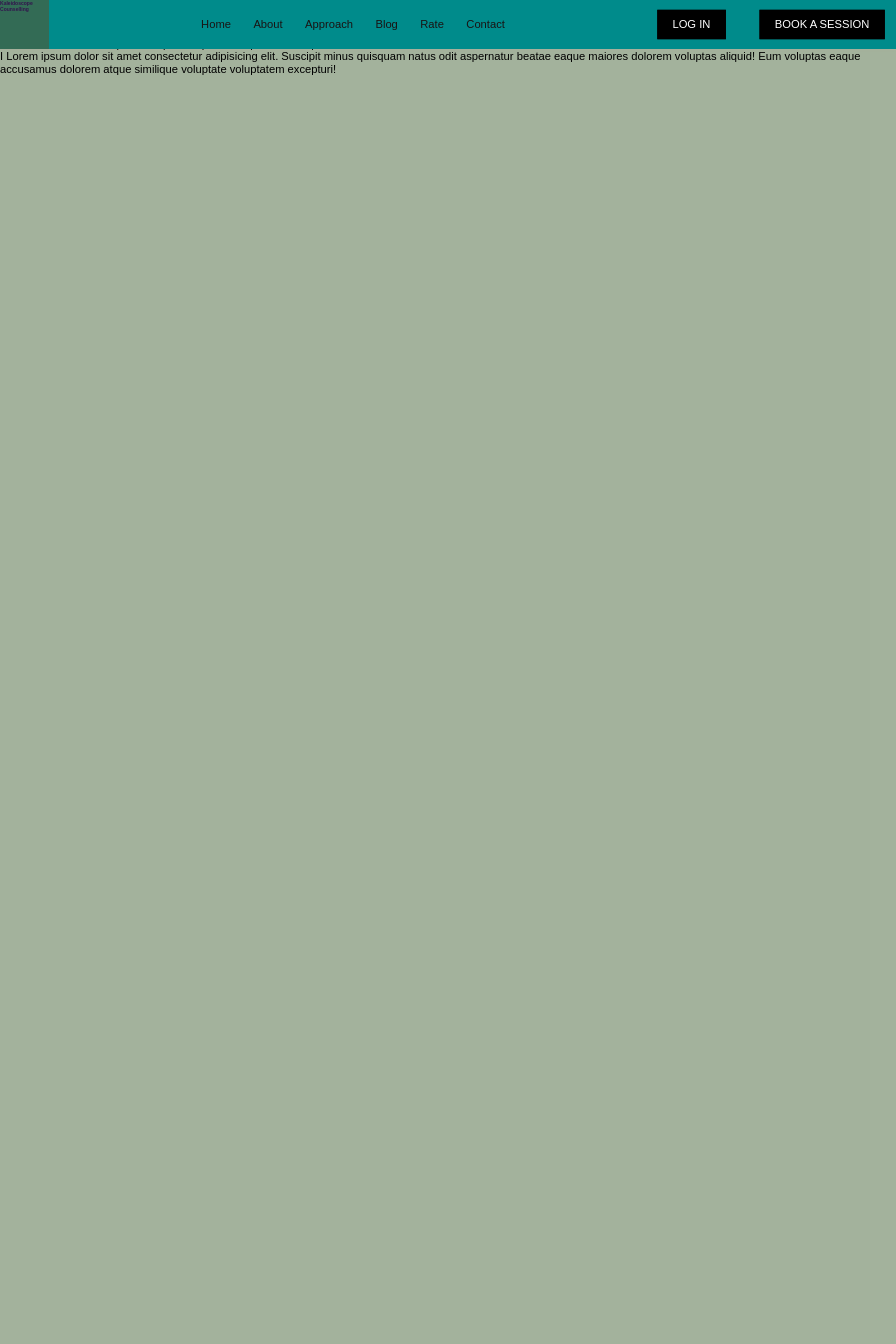
Repository: voutadi/ava-website
Page: index.html
The author's editor kept a copy of each file at every save. The page is drawn from the files as they stood at one save, then again after a run of saves.
The browser window is 1280 px wide. The pictures show the part of the page from y = 0 to 1920 px (the page is 3000 px tall), at 70% of full size.

Above is the page before, as saved 2024-11-24 22:45:15.

### index.html
<!DOCTYPE html>
<html lang="en">
  <head>
    <meta charset="UTF-8" />
    <meta name="viewport" content="width=device-width, initial-scale=1.0" />
    <link rel="stylesheet" href="styles/style.css" />

    <title>Kaleidoscope Counselling</title>
  </head>
  <body>
    <div class="header">
      <div class="logo-container">
        <div class="logo">
          Kaleidoscope <br />
          Counselling
        </div>
      </div>
      <div class="navbar">
        <ul>
          <li><a href="#home">Home</a></li>
          <li>
            <a
              href="https://www.psychologytoday.com/ca/therapists/ava-outadi-port-moody-bc/1111563"
              target="_blank"
              >About</a
            >
          </li>
          <li><a href="#approach">Approach</a></li>
          <li><a href="#blog">Blog</a></li>
          <li><a href="#rate">Rate</a></li>
          <li><a href="#contact">Contact</a></li>
        </ul>
      </div>
      <div class="appointment">
        <button class="login">LOG IN</button>
        <button class="book-session">BOOK A SESSION</button>
      </div>
    </div>

    <p>
      I Lorem ipsum dolor sit amet consectetur adipisicing elit. Suscipit minus
      quisquam natus odit aspernatur beatae eaque maiores dolorem voluptas
      aliquid! Eum voluptas eaque accusamus dolorem atque similique voluptate
      voluptatem excepturi!
    </p>
    <p>
      I Lorem ipsum dolor sit amet consectetur adipisicing elit. Suscipit minus
      quisquam natus odit aspernatur beatae eaque maiores dolorem voluptas
      aliquid! Eum voluptas eaque accusamus dolorem atque similique voluptate
      voluptatem excepturi!
    </p>
    <p>
      I Lorem ipsum dolor sit amet consectetur adipisicing elit. Suscipit minus
      quisquam natus odit aspernatur beatae eaque maiores dolorem voluptas
      aliquid! Eum voluptas eaque accusamus dolorem atque similique voluptate
      voluptatem excepturi!
    </p>
  </body>
</html>

### styles/style.css
* {
  margin: 0;
  padding: 0;
  box-sizing: border-box;
}
body {
  background-color: rgb(163, 178, 156);

  height: 3000px;
  font-family: Arial, Helvetica, sans-serif;
  font-size: 1rem;
}
.header {
  max-width: 100%; /*Make sure Take all of her parent element(body)on all different devices .*/
  height: 70px;
  position: fixed;
  top: 0;
  left: 0;
  right: 0;
  background-color: rgb(0,139,139);

  display: flex;
  justify-content: space-between;
  align-items: center;

  box-shadow: 0 2px 4px rgba(243, 172, 172, 0.15); /* Adds a subtle shadow for depth, optional */
}
.logo-container {
  width: 70px; /* Put condition for smaller or biger divice*/

  background-color: rgb(51, 107, 85);
  height: 70px;
}
.logo {
  color: rgb(50, 21, 77);
  font-size: 0.45rem;
  font-weight: bold;
}

.navbar ul {
  display: flex;
  flex: 1;
  justify-content: center;
  list-style-type: none;
  flex-wrap: wrap;
}
.navbar li {
  display: flex;
  justify-content: center;
  margin: 1rem;
}
.navbar a {
  font-size: 1rem;
  color: rgb(25, 20, 20);
  font-weight: 500;

  text-decoration: none;
}
.navbar a:hover {
  background-color: rgb(192, 175, 175);
  padding: 2px 4px;
  border-radius: 6px;
  transition: 0.15s;
}

.navbar a:active {
  background-color: rgb(176, 163, 163);
}
.appointment{
  display: flex;
  flex-direction: row;
}
.login{
  background-color: black;
  color: rgb(255, 255, 255);
  font-size: 1rem;
  padding: 10px 20px;
  margin-right: 1rem;
  border-width: 2px;
  border-style: solid;

  cursor: pointer;

}

.book-session {

  background-color: black;
  color: rgb(255, 255, 255);
  font-size: 1rem;
  padding: 10px 20px;
  margin-right: 1rem;
  margin-left: 2rem;
  border-width: 2px;
  border-style: solid;

  cursor: pointer;
}

After the next 3 saves:
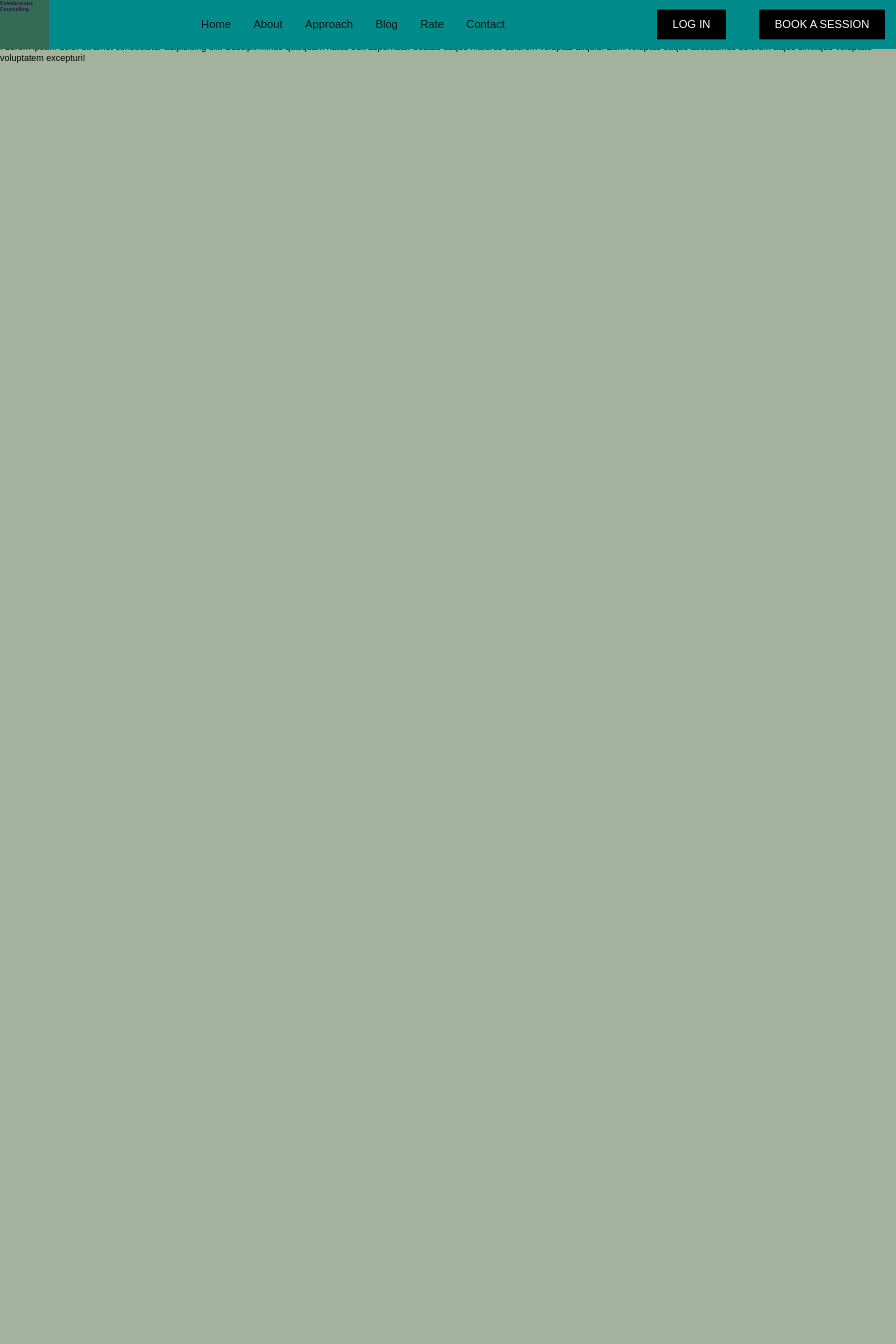
The 3 saves are shown as one change because they came seconds apart.
The last was saved 15 s later.
--- a/styles/style.css
+++ b/styles/style.css
@@ -8,7 +8,7 @@
 
   height: 3000px;
   font-family: Arial, Helvetica, sans-serif;
-  font-size: 1rem;
+  font-size: .8rem;
 }
 .header {
   max-width: 100%; /*Make sure Take all of her parent element(body)on all different devices .*/

After the 2 saves that followed:
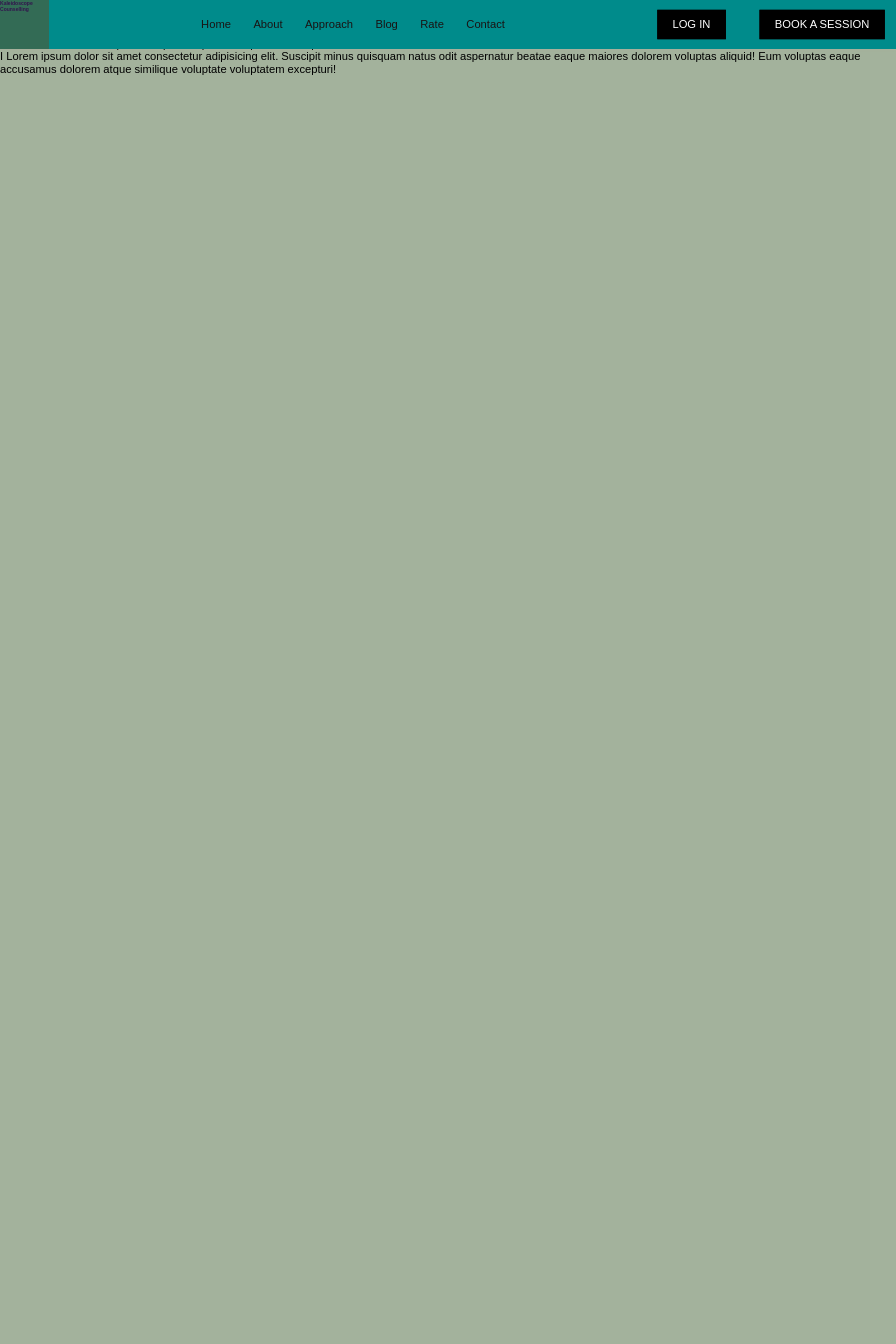
The 2 saves are shown as one change because they came seconds apart.
The last was saved 58 s later.
--- a/styles/style.css
+++ b/styles/style.css
@@ -8,7 +8,7 @@
 
   height: 3000px;
   font-family: Arial, Helvetica, sans-serif;
-  font-size: .8rem;
+  font-size: 1rem;
 }
 .header {
   max-width: 100%; /*Make sure Take all of her parent element(body)on all different devices .*/
